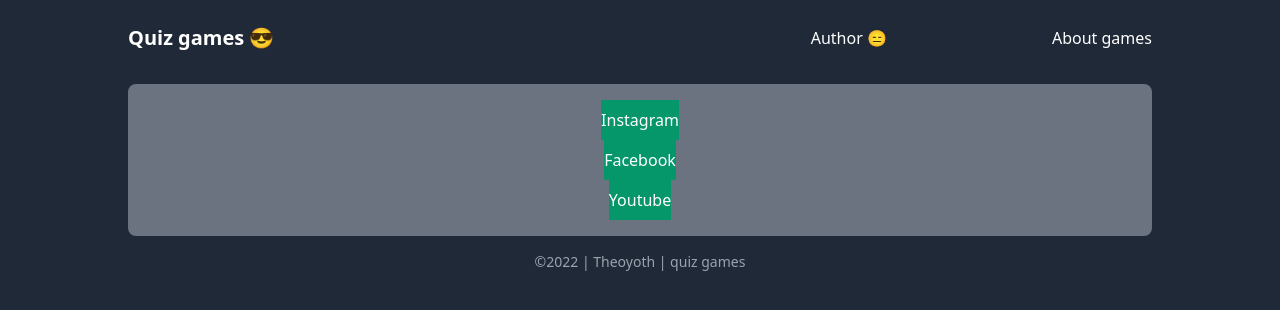
Repository: theoyoth/quiz-game
Page: /author
These files come from the project's save history. The page is drawn as it stood at one moment and after the next save; the edit follows.
The browser window is 1280 px wide. The pictures show the whole page.
The project was rebuilt for these pictures with package versions that can differ from the ones it lists, and the page was loaded fresh each time. The framework's server and built-in components were replaced by stand-ins that run in the browser. Also part of the build but not shown: nuxt.config.js, components/EndPage.vue, components/Loading.vue, layouts/404.vue, layouts/error.vue, layouts/errorLayout.vue.

Above is the page before, as saved 2022-06-16 20:09:00.

After the next save:
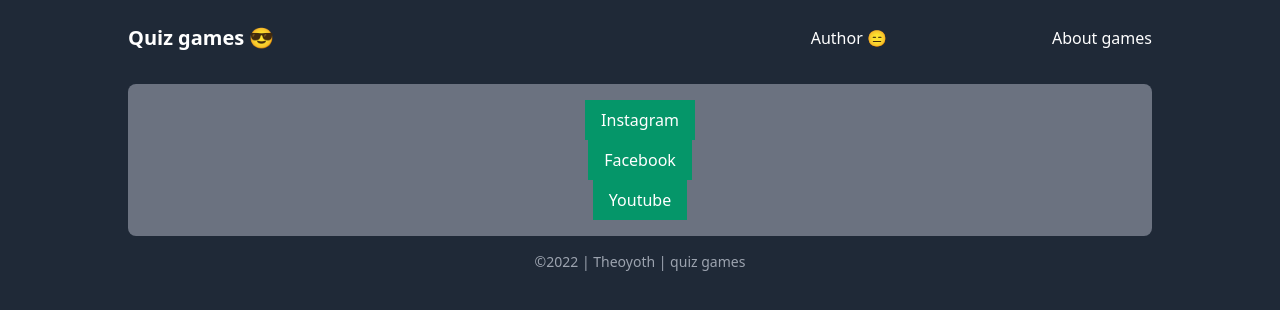
Saved 22 s later.
--- a/pages/author.vue
+++ b/pages/author.vue
@@ -1,13 +1,13 @@
 <template>
   <div>
     <div class="bg-gray-500 rounded-lg py-4 flex flex-col items-center mt-8">
-      <a href="https://www.instagram.com/theoyoth/" target="_blank" class="bg-green-600 py-2">
+      <a href="https://www.instagram.com/theoyoth/" target="_blank" class="bg-green-600 py-2 px-4">
         <button>Instagram</button>
       </a>
-      <a href="/game" target="_blank" class="bg-green-600 py-2">
+      <a href="/game" target="_blank" class="bg-green-600 py-2 px-4">
         <button>Facebook</button>
       </a>
-      <a href="/game" target="_blank" class="bg-green-600 py-2">
+      <a href="/game" target="_blank" class="bg-green-600 py-2 px-4">
         <button>Youtube</button>
       </a>
     </div>
